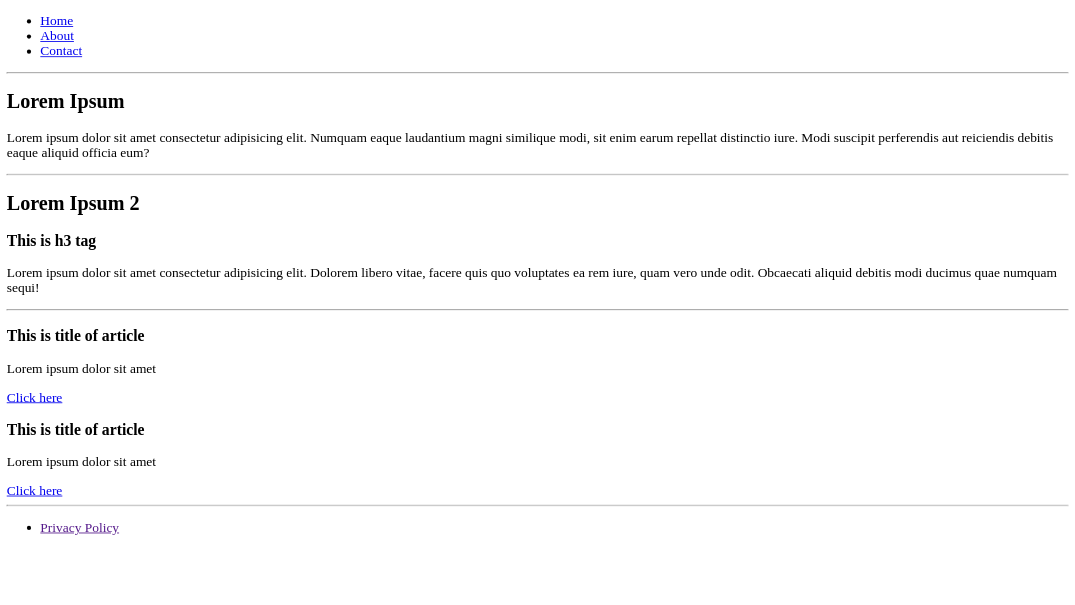
Repository: fisikusari/test-repo
Page: index.html
These files come from the project's save history. The page is drawn as it stood at one moment and after the next save; the edit follows.
The browser window is 1280 px wide. The pictures show the whole page, at 84% of full size.

Above is the page before, as saved 2021-11-11 18:04:34.

After the next save:
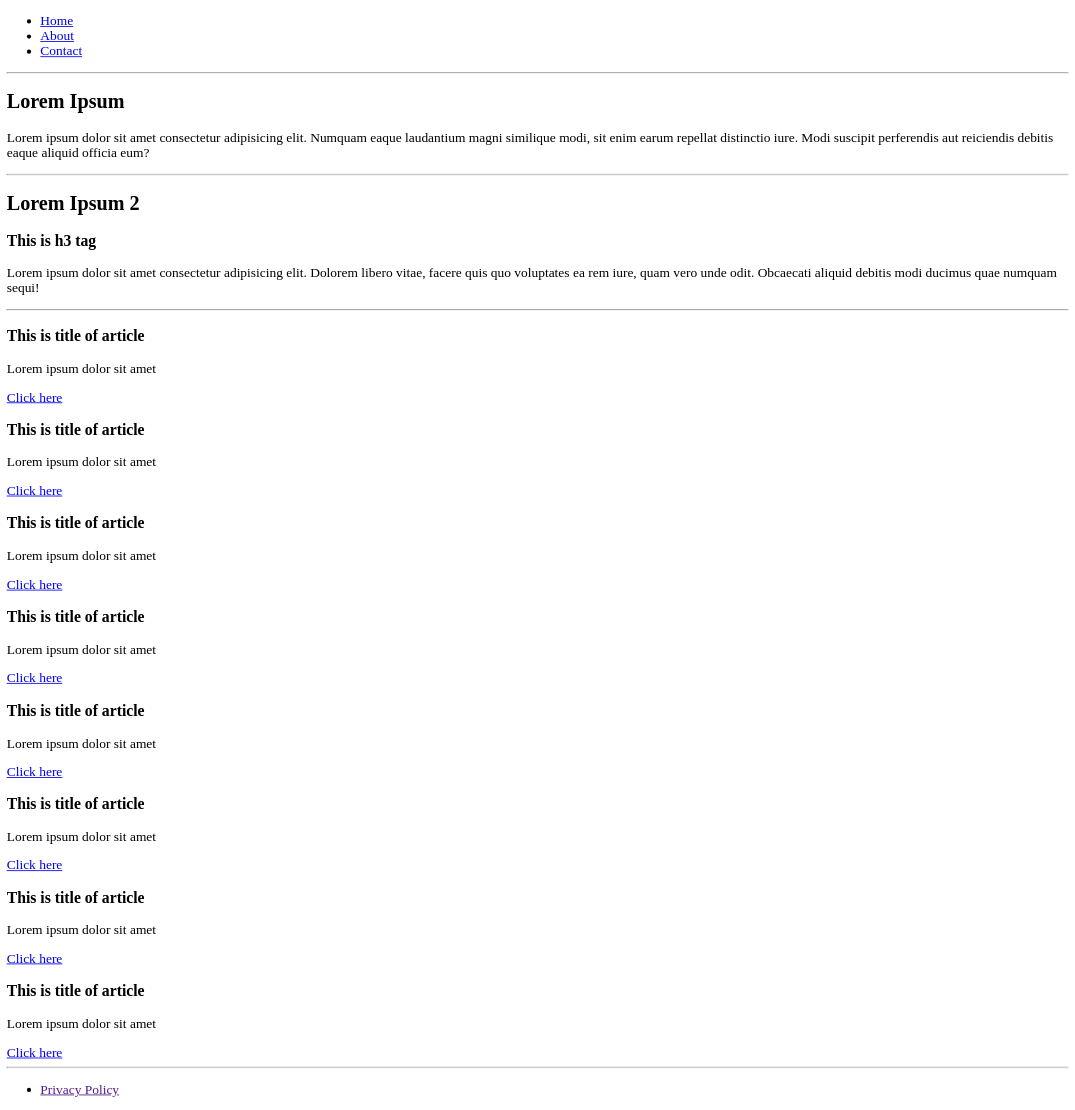
Saved 51 s later.
--- a/index.html
+++ b/index.html
@@ -43,6 +43,42 @@
       <a href="#">Click here</a>
     </article>
   </section>
+  <section>
+    <article>
+      <h1>This is title of article</h1>
+      <p>Lorem ipsum dolor sit amet</p>
+      <a href="about.html">Click here</a>
+    </article>
+    <article>
+      <h1>This is title of article</h1>
+      <p>Lorem ipsum dolor sit amet</p>
+      <a href="#">Click here</a>
+    </article>
+  </section>
+  <section>
+    <article>
+      <h1>This is title of article</h1>
+      <p>Lorem ipsum dolor sit amet</p>
+      <a href="about.html">Click here</a>
+    </article>
+    <article>
+      <h1>This is title of article</h1>
+      <p>Lorem ipsum dolor sit amet</p>
+      <a href="#">Click here</a>
+    </article>
+  </section>
+  <section>
+    <article>
+      <h1>This is title of article</h1>
+      <p>Lorem ipsum dolor sit amet</p>
+      <a href="about.html">Click here</a>
+    </article>
+    <article>
+      <h1>This is title of article</h1>
+      <p>Lorem ipsum dolor sit amet</p>
+      <a href="#">Click here</a>
+    </article>
+  </section>
   <hr>
   <footer>
     <nav>
